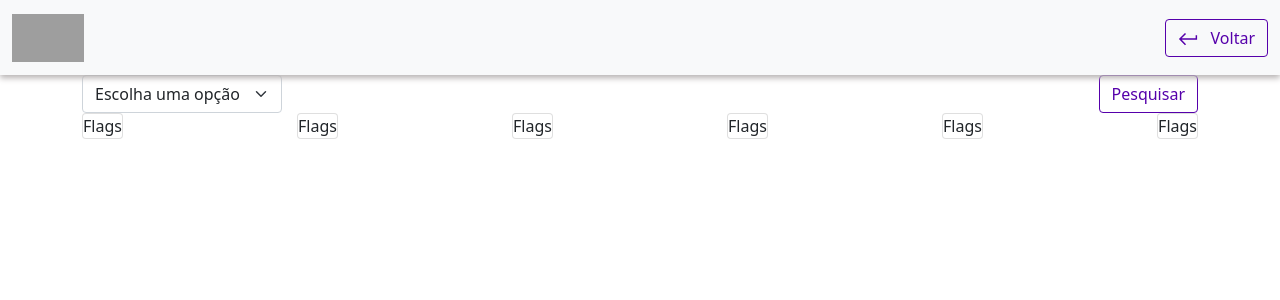
Repository: LuismGil/Countries-list
Page: /
An editor plug-in stored every save of this project. The page is shown before and after the next save, followed by the edit.
The browser window is 1280 px wide. The pictures show the whole page.
Pictures or frames that could not be fetched are drawn as grey boxes. The project was rebuilt for these pictures with package versions that can differ from the ones it lists, and the page was loaded fresh each time.

Above is the page before, as saved 2021-05-23 10:00:35.

After the next save:
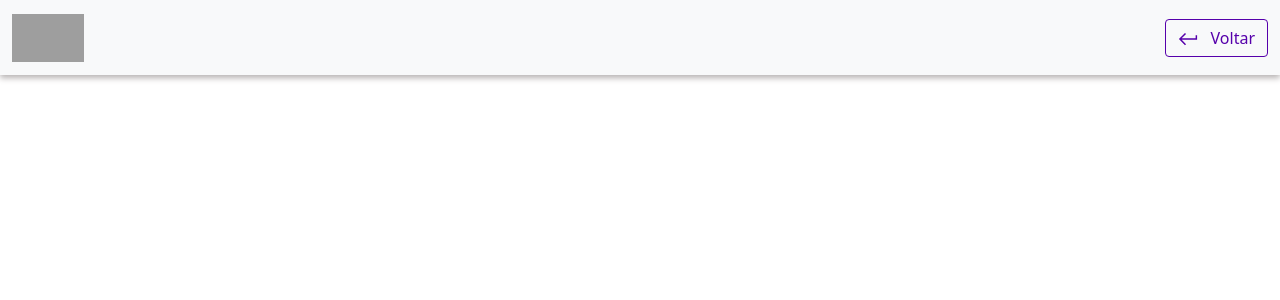
Saved 33 s later.
--- a/src/App.vue
+++ b/src/App.vue
@@ -1,20 +1,17 @@
 <template>
   <main>
     <mv-header />
-    <mv-countries />
   </main>
 
 </template>
 
 <script>
-import MvCountries from './components/MvCountries.vue';
 import MvHeader from './components/MvHeader.vue';
 
 export default {
   name: 'App',
   components: {
     MvHeader,
-    MvCountries,
   },
 };
 </script>
